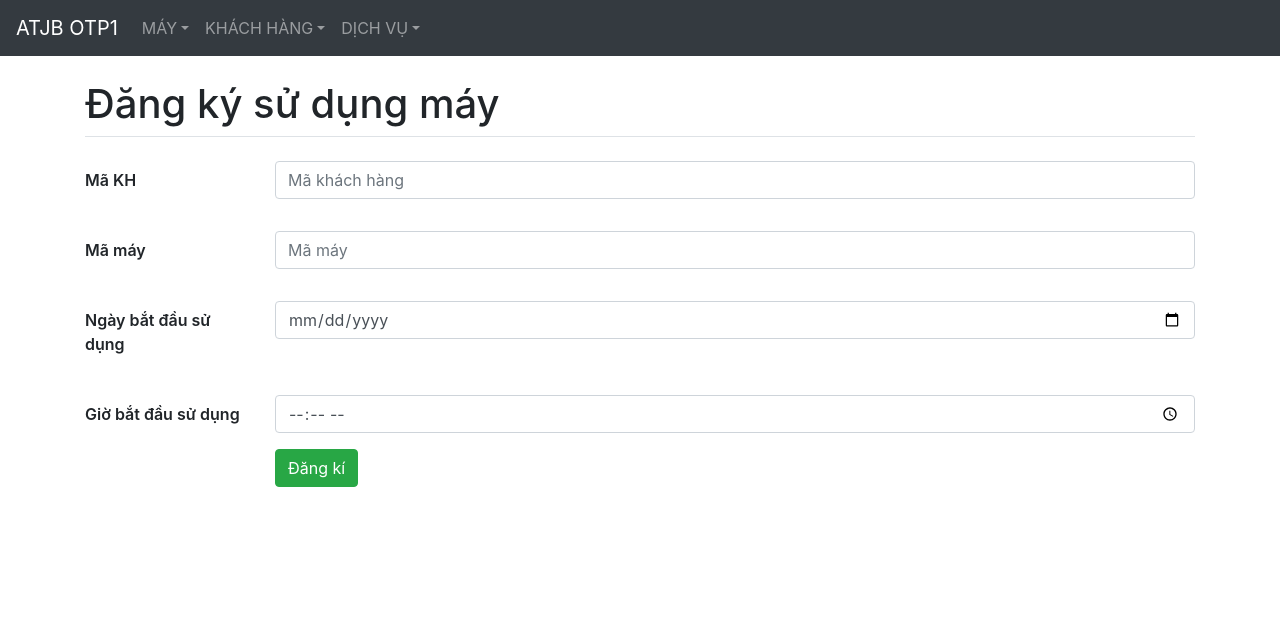
Repository: diepit9x/fpt-academy
Page: http://localhost/ATJB_opt1_Servlet/may/dang-ky-su-dung
These files come from the project's save history. The page is drawn as it stood at one moment and after the next save; the edit follows.
The browser window is 1280 px wide. The pictures show the whole page.
The page is served by Tomcat 9.

Above is the page before, as saved 2024-07-28 05:58:56.

After the next save:
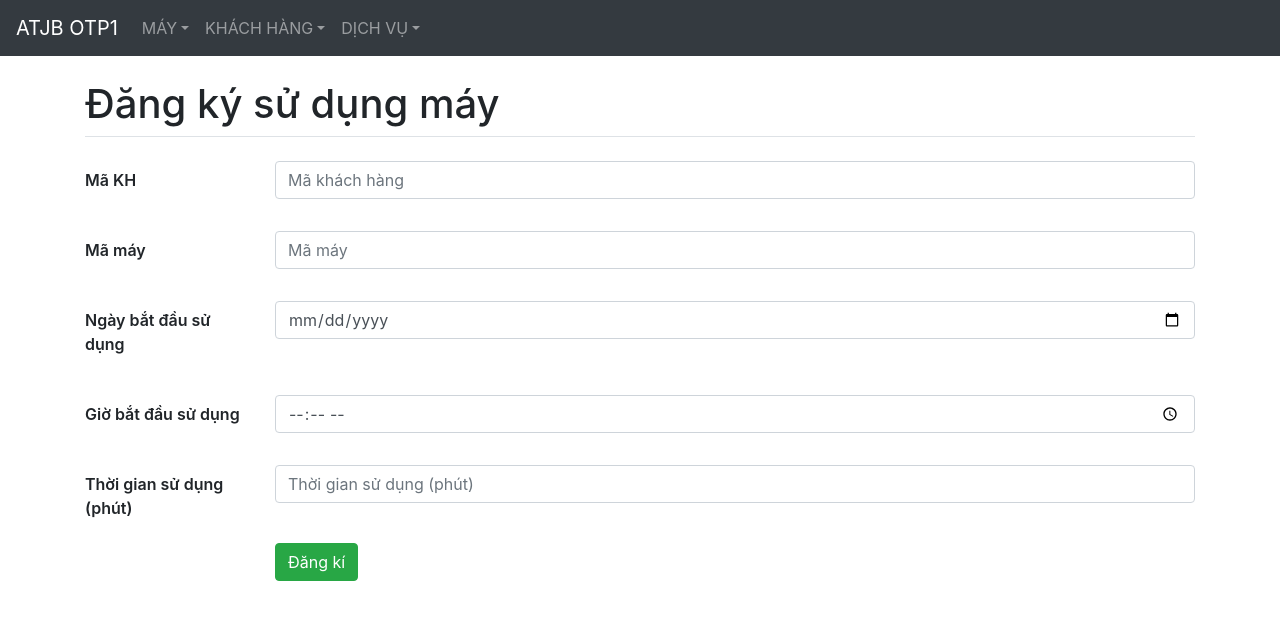
Saved 3 h 32 min later.
--- a/04. Spring/ATJB_opt1_Servlet/src/main/webapp/WEB-INF/pages/may/dang-ky-su-dung.jsp
+++ b/04. Spring/ATJB_opt1_Servlet/src/main/webapp/WEB-INF/pages/may/dang-ky-su-dung.jsp
@@ -21,7 +21,7 @@
   <div class="form-group row pt-md-3">
     <label for="maMay" class="col-md-2 col-form-label">Mã máy</label>
     <div class="col-md-10">
-      <input type="text" class="form-control" id="maMay" name="maMay" placeholder="Mã máy" />
+      <input type="number" class="form-control" id="maMay" name="maMay" placeholder="Mã máy" />
     </div>
   </div>
   <div class="form-group row pt-md-3">
@@ -36,6 +36,12 @@
       <input type="time" min="00:00" max="23:59" class="form-control" id="gioBatDauSuDung" name="gioBatDauSuDung" placeholder="hrs:mins" />
     </div>
   </div>
+    <div class="form-group row pt-md-3">
+    <label for="thoiGianSuDung" class="col-md-2 col-form-label">Thời gian sử dụng (phút)</label>
+    <div class="col-md-10">
+      <input type="number" class="form-control" id="thoiGianSuDung" name="thoiGianSuDung" placeholder="Thời gian sử dụng (phút)" />
+    </div>
+  </div>
   <div class="form-group row">
     <div class="col-md-2"></div>
     <div class="col-md-10">
